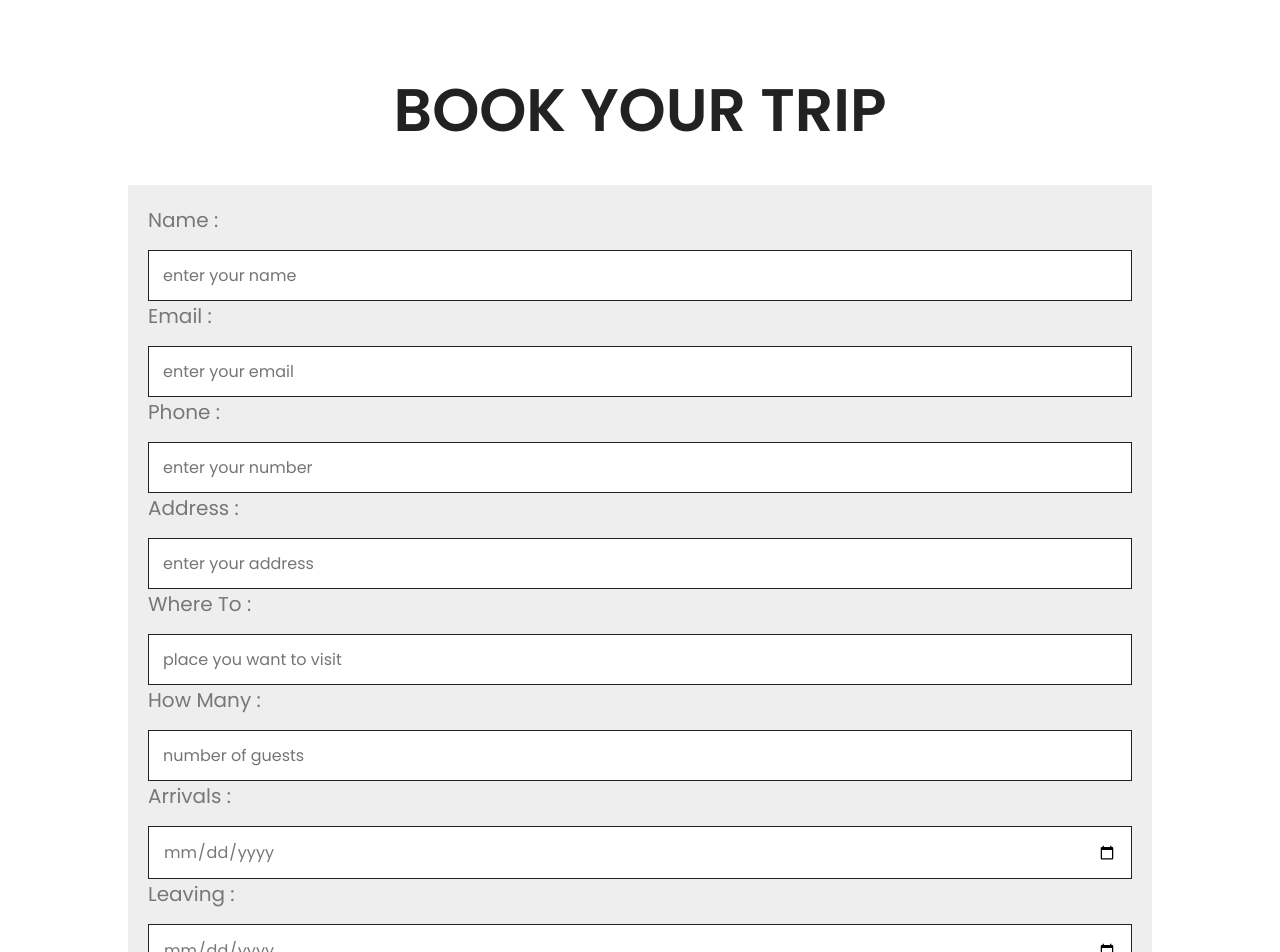
Repository: CTCuong/Traveloka-Web
Page: assets/book.html
An editor plug-in stored every save of this project. The page is shown before and after the next save, followed by the edit.
The browser window is 1280 px wide. The pictures show the part of the page from y = 463 to 1415 px (the page is 2212 px tall).
Backgrounds fixed to the window are drawn as part of the page.

Above is the page before, as saved 2023-07-08 15:55:10.
Console error: TypeError: Cannot set properties of null (setting 'onclick')

### assets/book.html
<!DOCTYPE html>
<html lang="en">
<head>
    <meta charset="UTF-8">
    <meta name="viewport" content="width=device-width, initial-scale=1.0">
    <title>Book</title>
    <!--swiper css-->
    <link rel="stylesheet"href="https://cdn.jsdelivr.net/npm/swiper@9/swiper-bundle.min.css"/>
    <!--font awesome link-->
    <link rel="stylesheet" href="https://cdnjs.cloudflare.com/ajax/libs/font-awesome/6.4.0/css/all.min.css">
    <!-- css file link -->
    <link rel="stylesheet" href="/assets/css/style.css">
</head>
<body>
    <!-- header section starts -->
    <section class="header">
        <a href="home.html" class="logo">travel.</a>

        <nav class="navbar">
            <a href="home.html">Home</a>
            <a href="about.html">About</a>
            <a href="package.html">Package</a>
            <a href="book.html">Book</a>

        </nav>

        <div id="menu-btn" class="fas fa-bars"></div>
    </section>
    <!-- header section ends -->

    <div class="heading" style="background: url() no-repeat;">
        <h1>book us</h1>
    </div>

    <!--book section starts-->

    <section class="booking">

        <h1 class="heading-title">book your trip</h1>

        <form action="book_form.html" method="post" class="book-form">

            <div class="flex">
                <div class="inputBox">
                    <span>name :</span>
                    <input type="text" placeholder="enter your name" name="name">
                </div>
            </div>

            <div class="flex">
                <div class="inputBox">
                    <span>email :</span>
                    <input type="email" placeholder="enter your email" name="email">
                </div>
            </div>

            <div class="flex">
                <div class="inputBox">
                    <span>phone :</span>
                    <input type="number" placeholder="enter your number" name="number">
                </div>
            </div>

            <div class="flex">
                <div class="inputBox">
                    <span>address :</span>
                    <input type="text" placeholder="enter your address" name="address">
                </div>
            </div>

            <div class="flex">
                <div class="inputBox">
                    <span>where to :</span>
                    <input type="text" placeholder="place you want to visit" name="location">
                </div>
            </div>

            <div class="flex">
                <div class="inputBox">
                    <span>how many :</span>
                    <input type="number" placeholder="number of guests" name="guests">
                </div>
            </div>

            <div class="flex">
                <div class="inputBox">
                    <span>arrivals :</span>
                    <input type="date" name="arrivals">
                </div>
            </div>

            <div class="flex">
                <div class="inputBox">
                    <span>leaving :</span>
                    <input type="date" name="leaving">
                </div>
            </div>

            <input type="submit" value="submit" class="btn" name ="send">
        </form>
    </section>
    <!--book section ends-->


    <!-- footer section starts -->

    <section class="footer">
        <div class="box-container">

            <div class="box">
                <h3>quick links</h3>
                <a href="home.html"><i class="fas fa-angle-right"></i>Home</a>
                <a href="about.html"><i class="fas fa-angle-right"></i>About</a>
                <a href="package.html"><i class="fas fa-angle-right"></i>Package</a>
                <a href="book.html"><i class="fas fa-angle-right"></i>Book</a>
            </div>

            <div class="box">
                <h3>extra links</h3>
                <a href="#"><i class="fas fa-angle-right"></i> ask question</a>
                <a href="#"><i class="fas fa-angle-right"></i> about us</a>
                <a href="#"><i class="fas fa-angle-right"></i> privacy policy</a>
                <a href="#"><i class="fas fa-angle-right"></i> terms of use</a>
            </div>

            <div class="box">
                <h3>contract info</h3>
                <a href="#"><i class="fas fa-phone"></i> +84 098-326-789 </a>
                <a href="#"><i class="fas fa-phone"></i> +84 023-908-7865 </a>
                <a href="#"><i class="fas fa-envelope"></i> travekhanas@gmail.com </a>
                <a href="#"><i class="fas fa-map"></i> HaNoi, VietNam   </a>
            </div>

            <div class="box">
                <h3>follow us</h3>
                <a href="#"><i class="fab fa-facebook"></i> facebook </a>
                <a href="#"><i class="fab fa-twitter"></i> twitter </a>
                <a href="#"><i class="fab fa-instagram"></i> instagram </a>
                <a href="#"><i class="fab fa-telegram"></i> telegram </a>
            </div>

        </div>

        <div class="credit"> created by <span>mr. Cao Tran Cuong</span> | all rights reserved! </div>
    </section>
    <!-- footer section ends -->

    <!--swiper js-->
    <script src="https://cdn.jsdelivr.net/npm/swiper@9/swiper-bundle.min.js"></script>
    <!-- js file link -->
    <script src="/assets/js/scrip.js"></script>
</body>
</html>

### assets/css/style.css
@import url('https://fonts.googleapis.com/css2?family=Poppins:ital,wght@0,100;0,200;0,300;0,400;0,500;0,600;1,100;1,200;1,300;1,400;1,500;1,600&display=swap');

:root {
    --main-color:#6A5AF9;
    --black:#222;
    --white: #fff;
    --light-black:#777;
    --light-white:#fff9;
    --drak-bg:rgba(0,0,0,.7);
    --light-bg:#eee;
    --border: .1rem solid #222;
    --text-shadow:0 1.5rem 3rem rgba(0,0,0,.3);
    --box-shadow:0 1.5rem 3rem rgba(0,0,0,.1);
}
* {
    font-family: 'Poppins', sans-serif;
    margin: 0; padding: 0;
    outline: none;border: none;
    box-sizing: border-box;
    text-decoration: none;
    text-transform: capitalize;

}

html {
    font-size: 62.5%;
    overflow-x: hidden;
}

html::-webkit-scrollbar {
    width : 1rem;
}

html::-webkit-scrollbar-track {
    background-color: var(--white);
}

html::-webkit-scrollbar-thumb {
    background-color: var(--main-color);
}
section {
    padding: 5rem 10%;
}
.header {
    position: sticky;
    top:0; left: 0; right: 0;
    z-index: 1000;
    background-color: var(--white);
    display: flex;
    padding-top: 2rem;
    padding-bottom: 2rem;
    box-shadow: var(--box-shadow);
    align-items: center;
    justify-content:space-between;
}

.header .logo {
    font-size: 2.5rem;
    color: var(--black);
}

.header .navbar a {
    font-size: 2rem;
    margin-left: 2rem;
    color: var(--black);
}

#menu-btn {
    font-size: 2.5rem;
    color: var(--black);
    cursor: pointer;
    display: none;
}

.home {
    padding: 0;
}

.home .slide {
    text-align: center;
    padding: 2rem;
    display: flex;
    align-items: center;
    justify-content: center;
    background-size: cover !important;
    background-position: center !important;
    min-height: 60rem;
}

.home .slide .content {
    width: 85rem;
    display: none;
}

.home .swiper-slide-active .content {
    display: inline-block;
}

.home .slide .content span {
    display: block;
    font-size: 2.2rem;
    color: var(--light-white);
    padding-bottom: 1rem;
    animation:fadeIn .4s linear backwards .2s;
}

.home .slide .content h3 {
    font-size: 6vw;
    color: var(--white);
    text-transform: uppercase;
    line-height: 1;
    text-shadow: var(--text-shadow);
    padding: 1rem 0;
    animation:fadeIn .4s linear backwards .4s;
}

.home .slide .content .btn {
    animation:fadeIn .4s linear backwards .6s;
}


@keyframes fadeIn {
    0% {
        transform: scale(0);
        opacity: 0;
    }
}


.heading {
    background-size: cover !important;
    background-position: center !important;
    padding-top: 10rem;
    padding-bottom: 15rem;
    display: flex;
    align-items: center;
    justify-content: center;
}

.heading h1 {
    font-size: 10rem;
    text-transform: uppercase;
    color: var(--white);
    text-shadow: var(--box-shadow);
}

.about {
    display: flex;
    align-items: center;
    flex-wrap: wrap;
    gap:3rem;
}

.about .image {
    flex: 1 1 41rem;
}

.about .image img {
    width: 100%;
}

.about .content {
    flex: 1 1 41rem;
    text-align: center;
}

.about .content h3 {
    font-size: 3rem;
    color: var(--black);
}

.about .content p {
    font-size: 1.5rem;
    color: var(--light-black);
    line-height: 2;
    padding: 1rem 0;
}

.about .content .icons-container {
    margin-top: 2rem;
    display: flex;
    flex-wrap: wrap;
    gap :1.5rem;
    align-items: flex-end;
}

.about .content .icons-container .icons {
    background: var(--light-bg);
    padding: 2rem;
    flex: 1 1  10rem;
}

.about .content .icons-container .icons i {
    font-size: 4rem;
    margin-top: 2rem;
    color:  var(--main-color);
}

.about .content .icons-container .icons span {
    font-size: 1.5rem;
    color: var(--light-black);
    display: block;
}

.reviews {
    background: var(--light-bg);
}

.reviews .slide {
    padding: 2rem;
    border: var(--border);
    background: var(--white);
    text-align: center;
    box-shadow: var(--box-shadow);
    user-select: none;
}

.reviews .slide .stars i {
    font-size: 1.7rem;
    color: var(--main-color);
}

.reviews .slide p {
    font-size: 1.5rem;
    color: var(--light-black);
    line-height: 2;
    padding: 1rem 0;
}

.reviews .slide h3 {
    font-size: 2rem;
    color: var(--black);
}

.reviews .slide span {
    font-size: 1.5rem;
    color: var(--main-color);
    display: block;
}

.reviews .slide img {
    height: 7rem;
    width: 7rem;
    border-radius: 50%;
    object-fit: cover;
    margin-top: 1rem;
}

.reviews .slide .stars {
    padding-bottom: .5rem;
}




.btn {
    display: inline-block;
    background: var(--black);
    margin-top: 1rem;
    color: var(--white);
    font-size: 1.7rem;
    padding: 1rem 3rem;
    cursor: pointer;

}

.btn:hover {
    background: var(--main-color);
}

.home-about {
    display: flex;
    align-items: center;
    flex-wrap: wrap;
}

.home-about .image {
    flex: 1 1 41rem;
}

.home-about .image img {
    width: 100%;

}

.home-about .content {
    flex: 1 1 41rem;
    padding: 3rem;
    background: var(--light-bg);
}

.home-about .content h3 {
    font-size: 3rem;
    color: var(--black);
}

.home-about .content p {
    font-size: 1.5rem;
    padding: 1rem;
    line-height:2 ;
    color: var(--black);
}

.home-packages {
    background: var(--light-bg);
}

.home-packages .box-container .box {
    border: var(--border);
    box-shadow: var(--box-shadow);
    background: var(--white);
}

.home-packages .box-container {
    display: grid;
    grid-template-columns: repeat(auto-fit, minmax(30rem, 1fr));
    gap : 2rem;
}

.home-packages .box-container .box .image {
    height: 25rem;
    overflow: hidden;
}

.home-packages .box-container .box .image img {
    height: 100%;
    width: 100%;
    object-fit: cover;
    transition: .2s linear;
}

.home-packages .box-container .box:hover .image img {
    transform: scale(1.1);

}

.home-packages .box-container .box .content {
    padding: 2rem;
    text-align: center;

}

.home-packages .box-container .box .content h3 {
    font-size: 2.5rem;
    color: var(--black);
}

.home-packages .box-container .box .content p {
    font-size: 1.5rem;
    color: var(--light-black);
    line-height: 2;
    padding: 1rem 0;
}

.home-packages .load-more {
    text-align: center;
    margin-top: 2rem;
}

.home-offer {
    text-align: center;
}

.home-offer .content {
    max-width: 50rem;
    margin: 0 auto;
}

.home-offer .content h3 {
    font-size: 3.5rem;
    text-transform: uppercase;
    color: var(--black);
}

.home-offer .content p {
    font-size: 1.5rem;
    color: var(--black);
    line-height: 2;
    padding: 1rem 0;
}


.services .box-container {
    display: grid;
    grid-template-columns: repeat(auto-fit, minmax(16rem, 1fr));
    gap : 1.5rem;
}

.services .box-container .box {
    padding: 3rem 2rem;
    text-align: center;
    background: var(--main-color);
    cursor: pointer;
}


.services .box-container .box:hover {
    background: var(--black) ;
}

.services .box-container .box h3 {
    color: var(--white);
    font-size: 1,7rem;
    padding-top: 1rem;
}

.services .box-container .box img {
    height: 7rem;
}

.heading-title {
    text-align: center;
    margin-bottom: 3rem;
    font-size: 6rem;
    text-transform: uppercase;
    color: var(--black);
}

.packages .box-container .box {
    border: var(--border);
    box-shadow: var(--box-shadow);
    background: var(--white);
    display: none;
}

.packages .box-container .box:nth-child(1),
.packages .box-container .box:nth-child(2),
.packages .box-container .box:nth-child(3),
.packages .box-container .box:nth-child(4),
.packages .box-container .box:nth-child(5),
.packages .box-container .box:nth-child(6){
    display: inline-block;
}

.packages .box-container {
    display: grid;
    grid-template-columns: repeat(auto-fit, minmax(30rem, 1fr));
    gap : 2rem;
}

.packages .box-container .box .image {
    height: 25rem;
    overflow: hidden;
}

.packages .box-container .box .image img {
    height: 100%;
    width: 100%;
    object-fit: cover;
    transition: .2s linear;
}

.packages .box-container .box:hover .image img {
    transform: scale(1.1);

}

.packages .box-container .box .content {
    padding: 2rem;
    text-align: center;

}

.packages .box-container .box .content h3 {
    font-size: 2.5rem;
    color: var(--black);
}

.packages .box-container .box .content p {
    font-size: 1.5rem;
    color: var(--light-black);
    line-height: 2;
    padding: 1rem 0;
}

.packages .load-more {
    text-align: center;
    margin-top: 2rem;
}

.booking .book-form {
    padding: 2rem;
    background: var(--light-bg);
}

.booking .book-form .flex {
    display: flex;
    flex-wrap: wrap;
    gap:2rem;
}

.booking .book-form .flex .inputBox {
    flex:1 1 41rem;
}

.booking .book-form .flex .inputBox input {
    width: 100%;
    padding: 1.2rem 1.4rem;
    font-size: 1.6rem;
    color: var(--light-black);
    text-transform: none;
    margin-top: 1.5rem;
    border: var(--border);
}

.booking .book-form .flex .inputBox input:focus {
    background: var(--black);
    color: var(--white);
}

.booking .book-form .flex .inputBox input:focus::placeholder {
    color: var(--light-white);
}

.booking .book-form .flex .inputBox span {
    font-size: 2rem;
    color: var(--light-black);
}


























.footer {
    background:url(/assets/image/Footer/low-angle-nature-night-time.jpg) no-repeat;
    background-size: cover;
    background-position: center;
    background-attachment: fixed;
}

.footer .box-container {
    display: grid;
    grid-template-columns: repeat(auto-fit, minmax(25rem, 1fr));
    gap : 3rem;
}

.footer .box-container .box h3{
    color: var(--white);
    font-size: 2.5rem;
    padding-bottom: 2rem;
}

.footer .box-container .box a {
    color: var(--light-white);
    font-size: 1.5rem;
    padding-bottom: 1.5rem;
    display: block;
}

.footer .box-container .box a i {
    color: var(--main-color);
    padding-right: .5rem;
    transition: .2s linear ;
}

.footer .box-container .box a:hover i {
    padding-right: 2rem;
}

.footer .credit {
    text-align: center;
    padding-top: 3.5rem;
    margin-top: 3rem;
    border-top: .1rem solid var(--light-bg);
    font-size: 2rem;
    color: var(--white);
}

.footer .credit span {
    color:var(--main-color);
}



/* media queries */
@media (max-width:1200px) {

    section {
        padding: 3rem 5%;
    }

}

@media (max-width:991px) {

    html {
        font-size: 55%;
    }

    section {
        padding: 3rem 2rem;
    }

    .home .slide .content h3 {
        font-size: 10vw;
    }
}

@media (max-width:768px) {
    #menu-btn {
         display: inline-block;
         transition: .2s linear;
    }

    #menu-btn.fa-times {
        transform: rotate(180deg);
    }

    .header .navbar {
        position: absolute;
        top:99%; left:0; right:0;
        background-color: var(--white);
        border-top: var(--border);
        padding: 2rem;
        transition: .2s linear;
        clip-path: polygon(0 0, 100% 0, 100% 0, 0 0);
    }

    .header .navbar.active {
        clip-path: polygon(0 0, 100% 0, 100% 100%, 0 100%);
    }

    .header .navbar a {
        display:block;
        margin: 2rem;
        text-align: center ;
    }

}
@media (max-width:450px) {

    html {
        font-size: 50%;
    }

    .heading-title {
        font-size: 3.5rem;
    }

}

### assets/js/scrip.js
let menu = document.querySelector('#menu-btn');
let navbar = document.querySelector('.header .navbar');

menu.onclick = () =>{
    menu.classList.toggle('fa-times');
    navbar.classList.toggle('active');
};

window.onscroll = () => {
    menu.classList.remove('fa-times')
    navbar.classList.remove('active')

};

var swiper = new Swiper(".home-slider", {
  loop:true,
  navigation: {
    nextEl: ".swiper-button-next",
    prevEl: ".swiper-button-prev",
  },
});



var swiper = new Swiper(".reviews-slider", {
  slidesPerView: 3,
  spaceBetween:30,
  slidesPerGroup:3,
  loop:true,
  loopFillGroupWithBlank: true,
  pagination: {
    el:".swiper-pagination",
    clickable:true,
  },
  navigation: {
    nextEl:".swiper-button-next",
    prevEl:".swiper-button-prev",
  },
});

let loadMoreBtn = document.querySelector('.packages .load-more .btn');
let currentItem = 3;

loadMoreBtn.onclick = () =>{
  let boxes = [...document.querySelectorAll('.packages .box-container .box')];
  for (var i = currentItem; i < currentItem + 3; i ++){
    boxes[i].style.display = 'inline-block';
  };
  currentItem +=3;
  if(currentItem >=boxes.length){
    loadMoreBtn.style.display = 'none';
  }
}

After the next save:
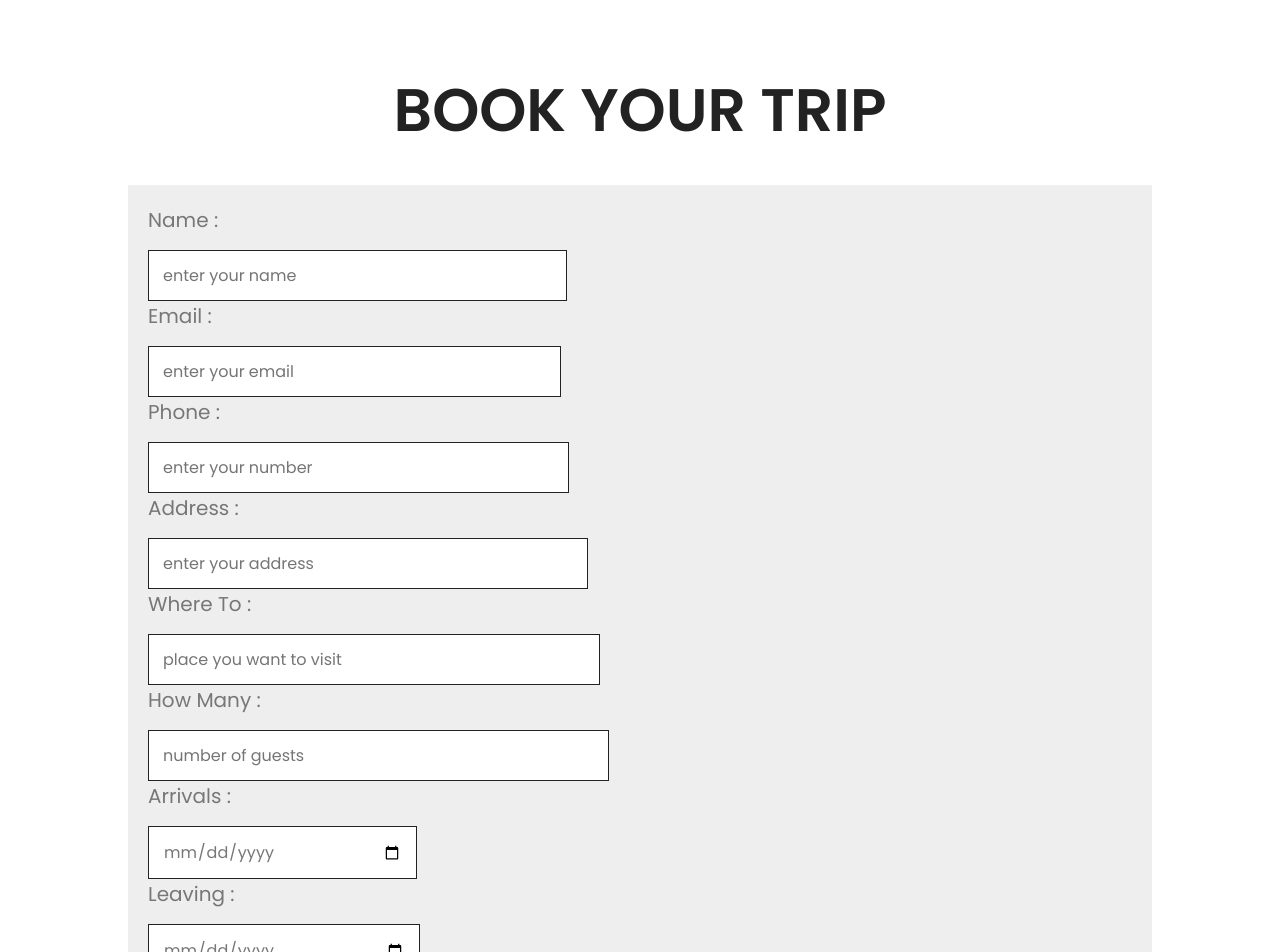
Saved 2 min 35 s later.
--- a/assets/css/style.css
+++ b/assets/css/style.css
@@ -490,7 +490,7 @@
 }
 
 .booking .book-form .flex .inputBox {
-    flex:1 1 41rem;
+
 }
 
 .booking .book-form .flex .inputBox input {

After the save that followed:
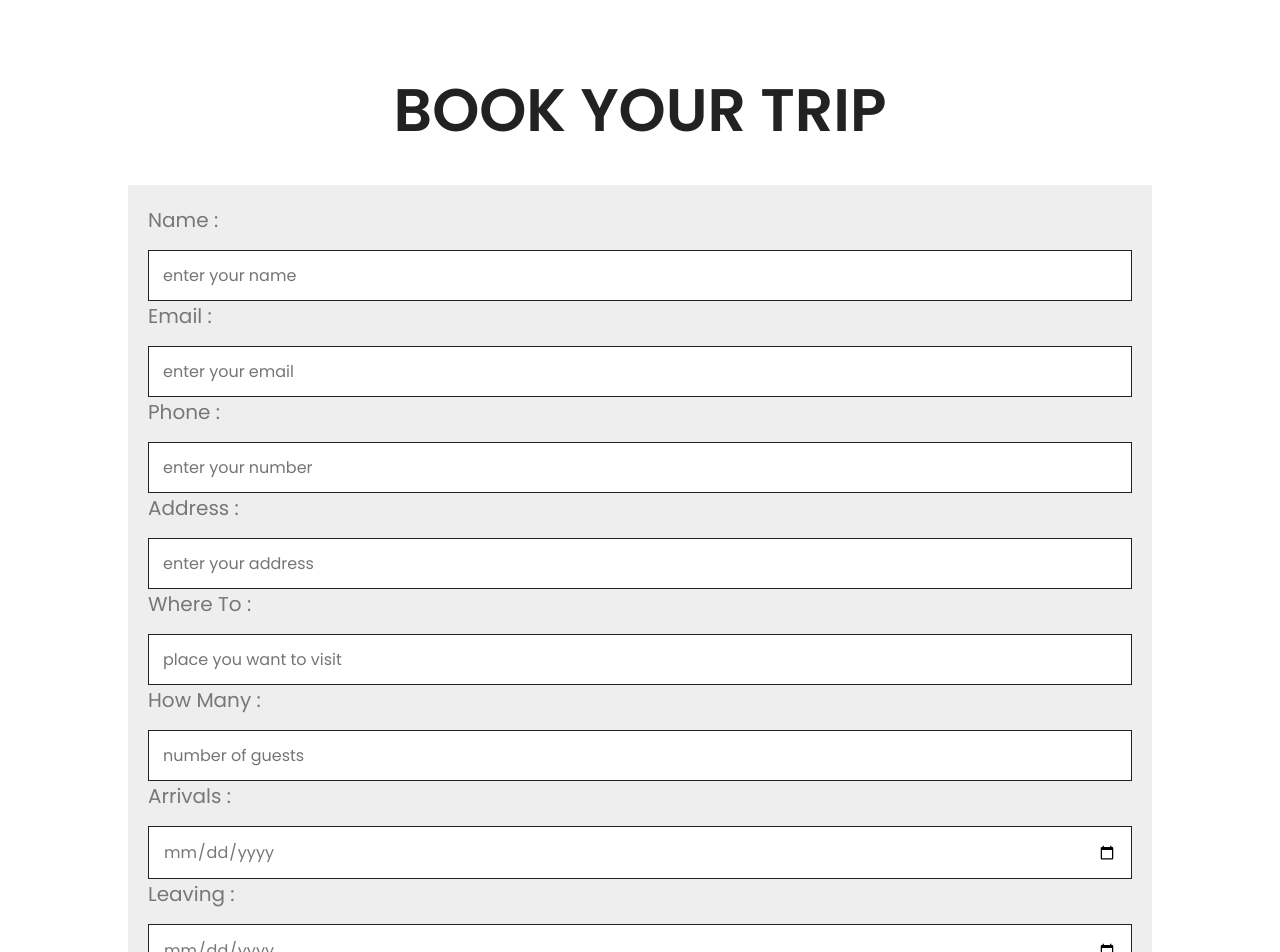
Saved 12 s later.
--- a/assets/css/style.css
+++ b/assets/css/style.css
@@ -490,7 +490,7 @@
 }
 
 .booking .book-form .flex .inputBox {
-
+    flex:1 1 41rem;
 }
 
 .booking .book-form .flex .inputBox input {
